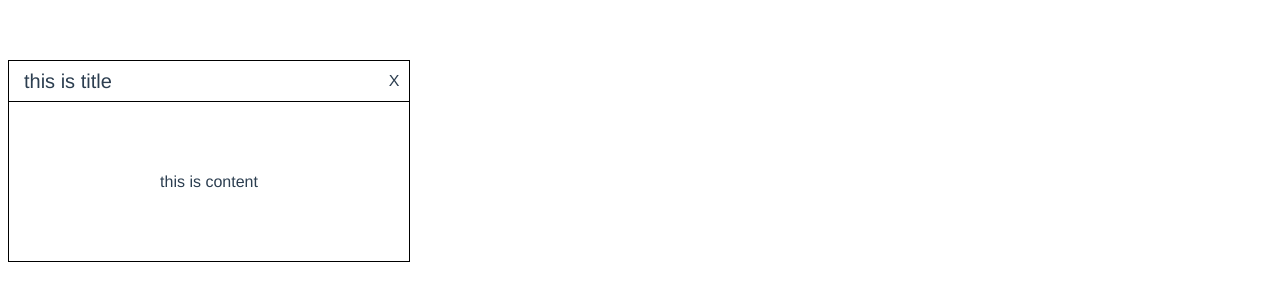
Repository: iulucky6/yf_messageBox
Page: /
An editor plug-in stored every save of this project. The page is shown before and after a run of saves, followed by the edit.
The browser window is 1280 px wide. The pictures show the whole page.
The project was rebuilt for these pictures with package versions that can differ from the ones it lists, and the page was loaded fresh each time. Also part of the build but not shown: src/components/HelloWorld.vue.

Above is the page before, as saved 2023-09-14 11:33:08.

After the next 2 saves:
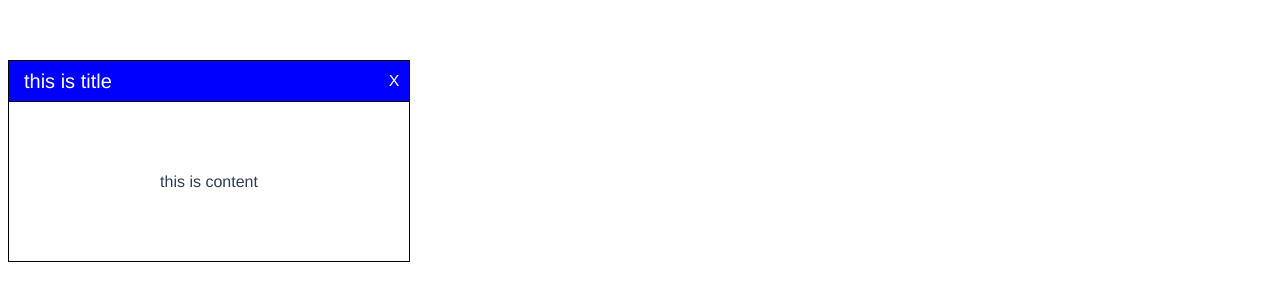
The 2 saves are shown as one change because 1 did not build or start.
The last was saved 55 s later.
--- a/src/components/MessageBox/index.vue
+++ b/src/components/MessageBox/index.vue
@@ -68,5 +68,23 @@ $border-color: #000;
     align-items: center;
     justify-content: center;
   }
+  &.primary{
+    .header{
+      background-color: blue;
+      color: #fff;
+    }
+  }
+  &.primary{
+    .header{
+      background-color: blue;
+      color: #fff;
+    }
+  }
+  &.primary{
+    .header{
+      background-color: blue;
+      color: #fff;
+    }
+  }
 }
 </style>
